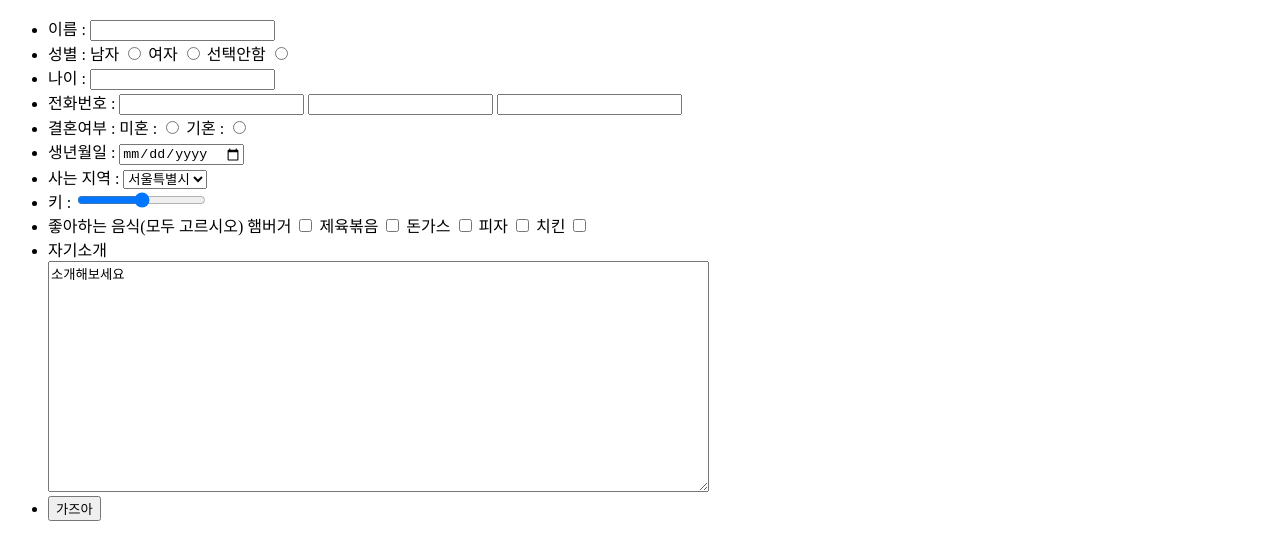
Repository: ghksl0204-shapa/dynamic-web
Page: MyFirstWebProject/src/main/webapp/views/request_get2.html
An editor plug-in stored every save of this project. The page is shown before and after the next save, followed by the edit.
The browser window is 1280 px wide. The pictures show the whole page.

Above is the page before, as saved 2026-05-04 08:32:27.

After the next save:
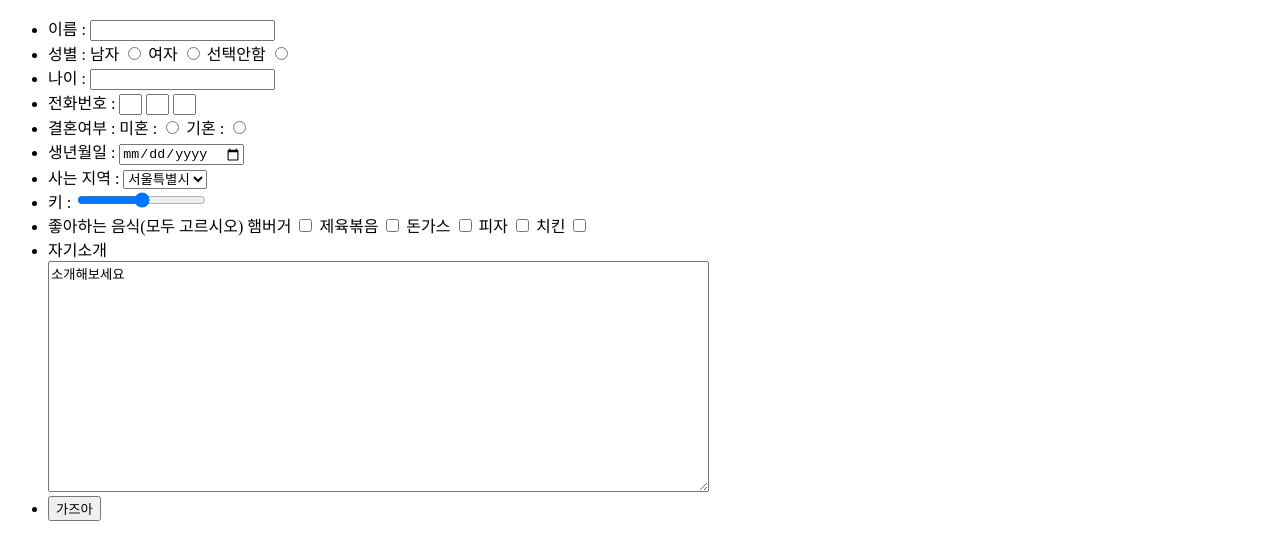
Saved 20 s later.
--- a/MyFirstWebProject/src/main/webapp/views/request_get2.html
+++ b/MyFirstWebProject/src/main/webapp/views/request_get2.html
@@ -21,7 +21,7 @@
 				나이 : <input type="number" name="age" />
 			</li>
 			<li>
-				전화번호 : <input style="width : 15;" type="number" name="phonenumber" /> <input style="width : 15;" type="number" name="phonenumber" /> <input style="width : 15;" type="number" name="phonenumber" />
+				전화번호 : <input style="width : 15px;" type="number" name="phonenumber" /> <input style="width : 15px;" type="number" name="phonenumber" /> <input style="width : 15px;" type="number" name="phonenumber" />
 			</li>
 			<li>
 				결혼여부 :
